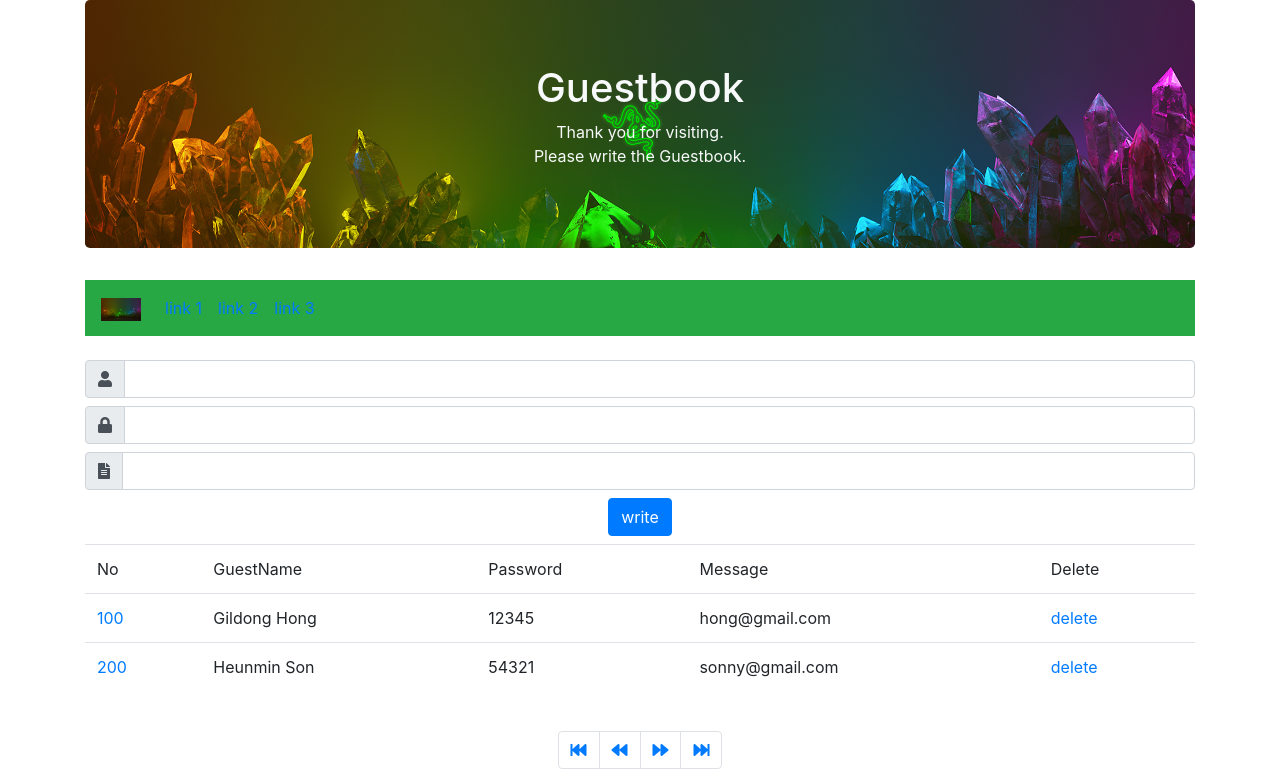
Repository: yeobleeme/06_jsp_basic
Page: http://localhost/jsp03_guestbook/list.jsp?page=1
The author's editor kept a copy of each file at every save. The page is drawn from the files as they stood at one save, then again after the next save.
The browser window is 1280 px wide. The pictures show the whole page.
The page is served by Tomcat 9.

Above is the page before, as saved 2023-05-17 05:48:49.

After the next save:
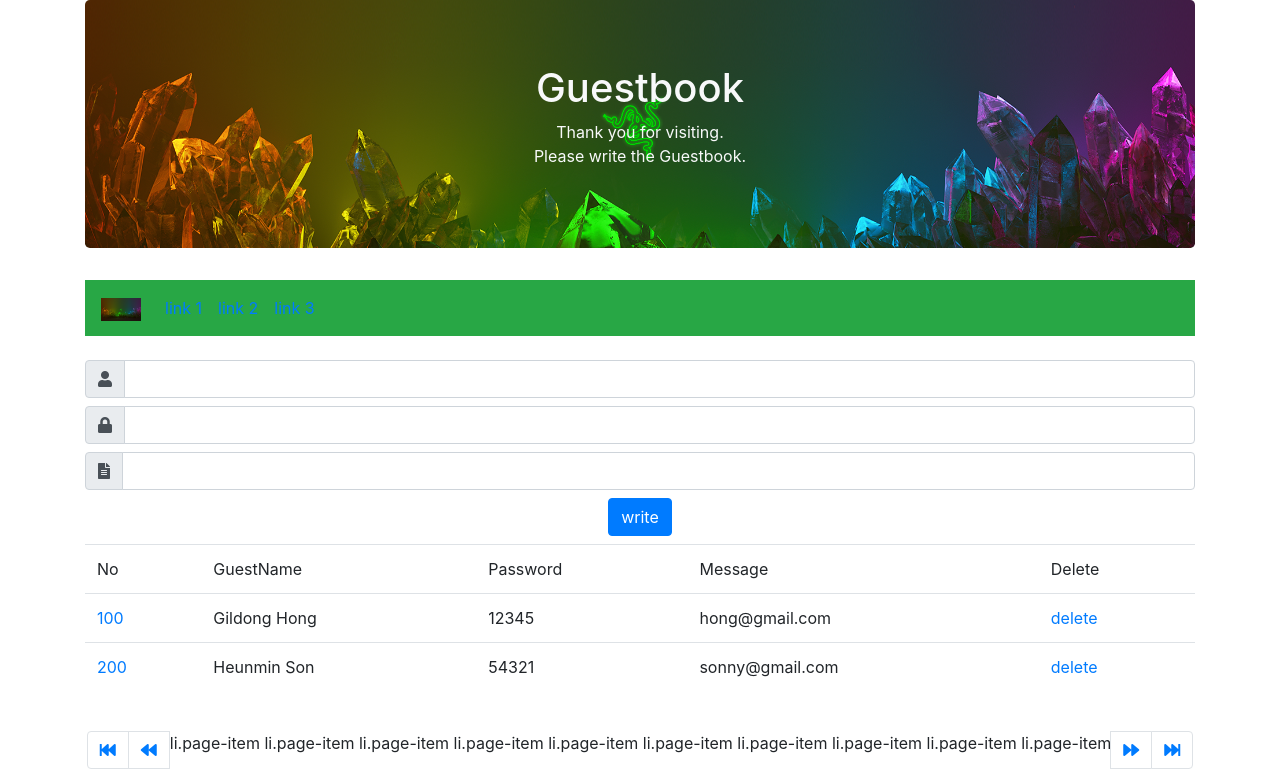
Saved 26 s later.
--- a/jsp03_guestbook/WebContent/list.jsp
+++ b/jsp03_guestbook/WebContent/list.jsp
@@ -134,7 +134,7 @@
 			<li class="page-item"><a href="list.jsp?page=1" class="page-link"><i class="fas fa-backward"></i></a></li>
 
 			<c:forEach var="page_num" begin="1" end="10">
-
+				li.page-item
 			</c:forEach>
 
 			<li class="page-item"><a href="list.jsp?page=100" class="page-link"><i class="fas fa-forward"></i></a></li>

After the save that followed:
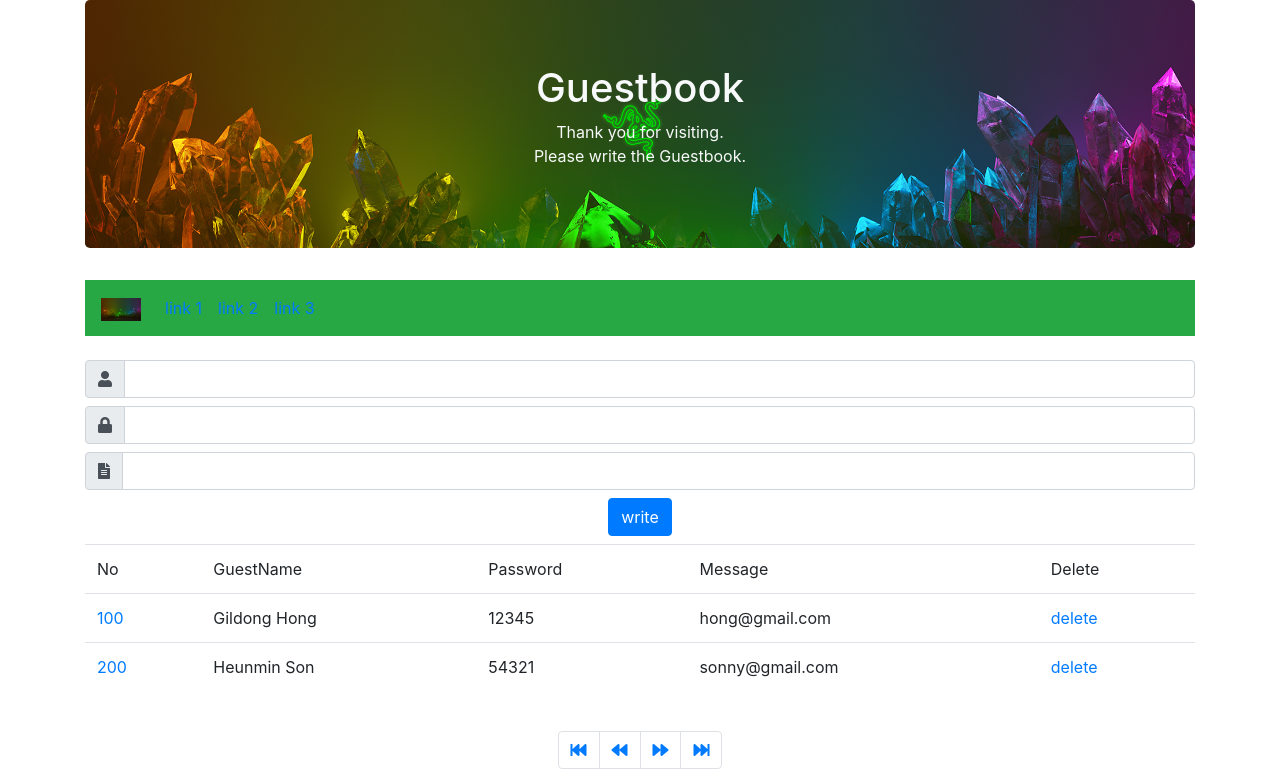
Saved 21 s later.
--- a/jsp03_guestbook/WebContent/list.jsp
+++ b/jsp03_guestbook/WebContent/list.jsp
@@ -134,7 +134,7 @@
 			<li class="page-item"><a href="list.jsp?page=1" class="page-link"><i class="fas fa-backward"></i></a></li>
 
 			<c:forEach var="page_num" begin="1" end="10">
-				li.page-item
+				<li class="page-item"><a href="list.jsp?page=${ page_num }"></a></li>
 			</c:forEach>
 
 			<li class="page-item"><a href="list.jsp?page=100" class="page-link"><i class="fas fa-forward"></i></a></li>
